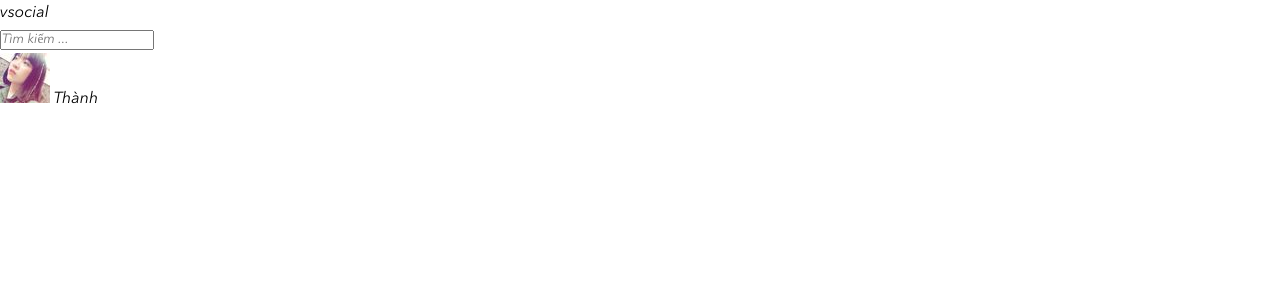
Repository: NHK1905/Social-project
Page: index.html
The author's editor kept a copy of each file at every save. The page is drawn from the files as they stood at one save, then again after the next save.
The browser window is 1280 px wide. The pictures show the whole page.

Above is the page before, as saved 2021-08-10 15:15:08.

### index.html
<!DOCTYPE html>
<html lang="en">
<head>
    <meta charset="UTF-8">
    <meta http-equiv="X-UA-Compatible" content="IE=edge">
    <meta name="viewport" content="width=device-width, initial-scale=1.0">
    <title>Social</title>
	<link rel="stylesheet" href="https://pro.fontawesome.com/releases/v5.15.3/css/all.css">
    <link rel="stylesheet" href="./main.css">
</head>
<body>
    <div class="app">
        <div class="header">
            <div class="header-nav">
                <div class="header-nav-brand">vsocial</div>
                <div class="header-nav-search">
                    <input type="text" class="header-nav-search-input" placeholder="Tìm kiếm ...">
                </div>
                <div class="header-nav-menu">
                    <div class="header-nav-menu-item menu-item-user">
                        <img src="./images/135564542_2954286254890951_3459403389545172640_n.jpeg" alt="" srcset="" class="header-nav-menu-item-img">
                        <span class="header-nav-menu-item-name"> Thành

                        </span>
                    </div>
                    <div class="header-nav-menu-item"></div>
                    <div class="header-nav-menu-item"></div>
                    <div class="header-nav-menu-item"></div>
                    <div class="header-nav-menu-item"></div>
                </div>
                <div class="header-nav-modal"></div>
            </div>
        </div>
        <div class="container"></div>
    </div>
</body>
</html>

### main.css
@font-face {
    font-family: AvenirNextLTProIt;
    src: url(./fonts/AvenirNextLTPro-It.otf);
}

@font-face {
    font-family: AvenirNextLTProRegular;
    src: url(./fonts/AvenirNextLTPro-Regular.otf);
}

@font-face {
    font-family: AvenirNextLTProBold;
    src: url(./fonts/AvenirNextLTPro-Bold.otf);
}

* {
    font-family: AvenirNextLTProIt;
    margin: 0;
    padding: 0;
    box-sizing: border-box;
}

:root {
    --clr-light: #f2f2f2;
    --clr-light-100: #e8e8e8;
    --clr-light-200: #d2d2d2;
    --clr-light-300: #c2c2c2;
    --clr-light-400: #b2b2b2;
    --clr-light-500: #a2a2a2;
    --clr-black: #565656;
    --clr-black-100: #464646;
    --clr-black-200: #363636;
    --clr-black-300: #262626;
    --clr-black-400: #161616;
    --clr-black-500: #000000;
}

html,
body,
#app {
    margin: 0;
    padding: 0;
    width: 100%;
    font-size: 1rem;
    line-height: 1.65;
    text-align: left;

}

After the next save:
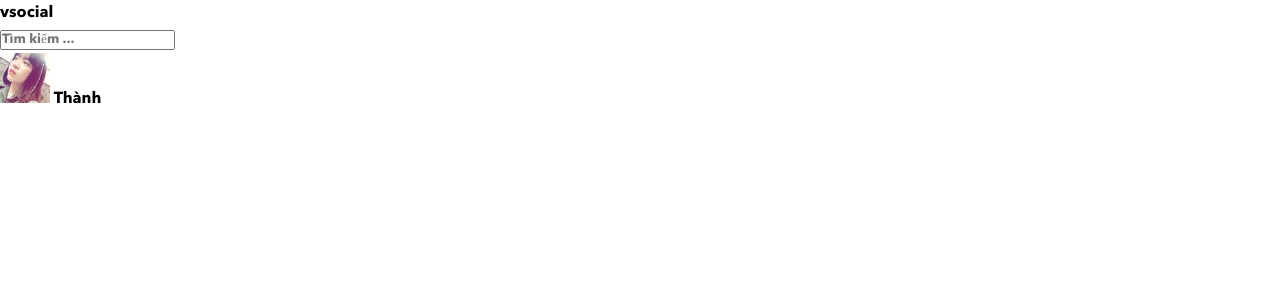
Saved 40 s later.
--- a/main.css
+++ b/main.css
@@ -14,7 +14,7 @@
 }
 
 * {
-    font-family: AvenirNextLTProIt;
+    font-family: AvenirNextLTProBold;
     margin: 0;
     padding: 0;
     box-sizing: border-box;
